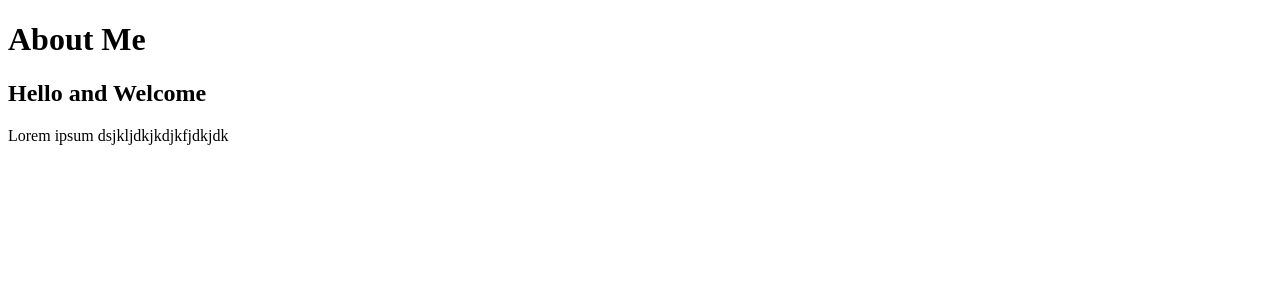
Repository: MelindaN14/My-Personal-Website
Page: about.html
The author's editor kept a copy of each file at every save. The page is drawn from the files as they stood at one save, then again after a run of saves.
The browser window is 1280 px wide. The pictures show the whole page.

Above is the page before, as saved 2024-03-21 21:04:59.

### about.html
<!DOCTYPE html>
<html lang="en">
<head>
    <meta charset="UTF-8">
    <meta name="viewport" content="width=device-width, initial-scale=1.0">
    <title>About</title>
</head>
<body>
    <h1>About Me</h1>
    <h2>Hello and Welcome</h2>
    <p>Lorem ipsum dsjkljdkjkdjkfjdkjdk</p>

</body>
</html>

After the next 2 saves:
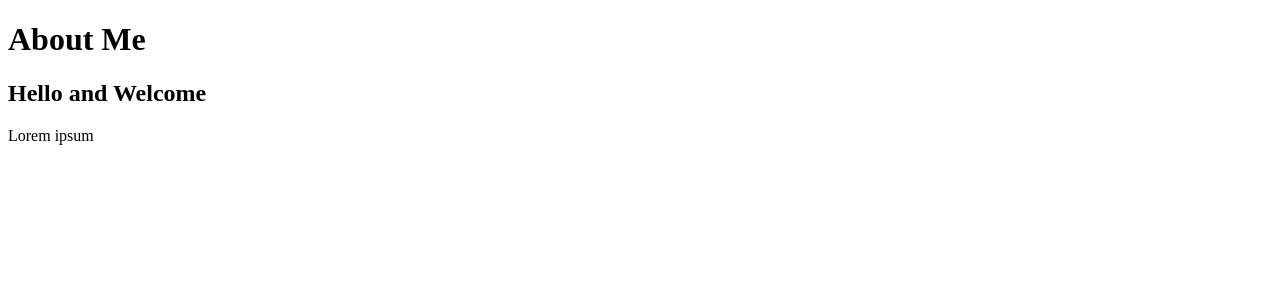
The 2 saves are shown as one change because they came seconds apart.
The last was saved 7 s later.
--- a/about.html
+++ b/about.html
@@ -1,14 +1,13 @@
 <!DOCTYPE html>
 <html lang="en">
-<head>
-    <meta charset="UTF-8">
-    <meta name="viewport" content="width=device-width, initial-scale=1.0">
+  <head>
+    <meta charset="UTF-8" />
+    <meta name="viewport" content="width=device-width, initial-scale=1.0" />
     <title>About</title>
-</head>
-<body>
+  </head>
+  <body>
     <h1>About Me</h1>
     <h2>Hello and Welcome</h2>
-    <p>Lorem ipsum dsjkljdkjkdjkfjdkjdk</p>
-
-</body>
+    <p>Lorem ipsum</p>
+  </body>
 </html>
